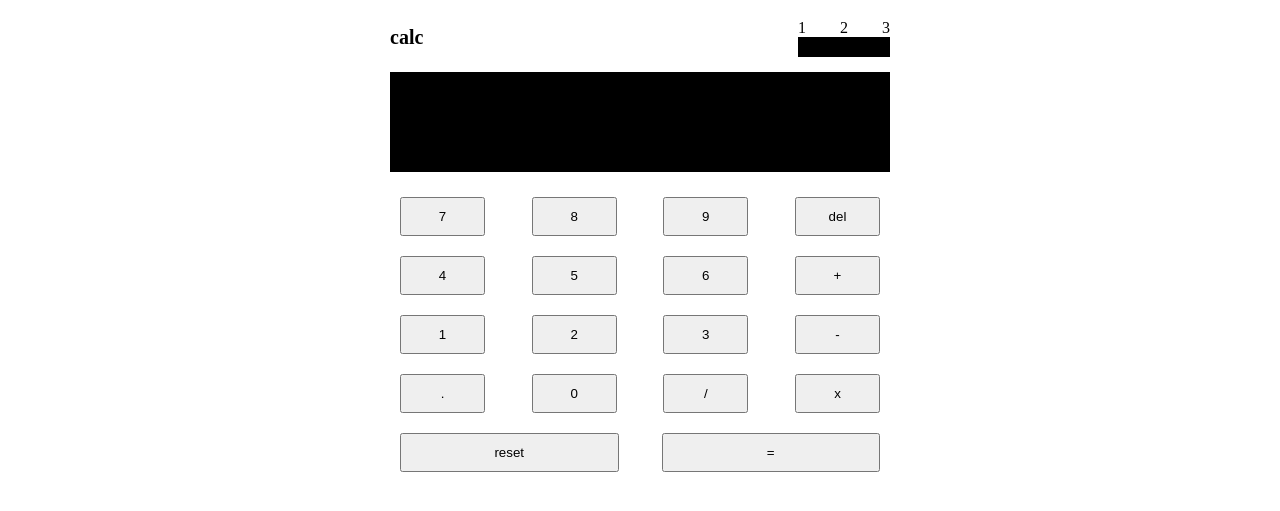
Repository: Eugene44-hub/basic-calculator
Page: index.html
An editor plug-in stored every save of this project. The page is shown before and after the next save, followed by the edit.
The browser window is 1280 px wide. The pictures show the whole page.

Above is the page before, as saved 2021-10-02 02:30:06.
Console error: SyntaxError: Unexpected end of input

### index.html
<!DOCTYPE html>
<html lang="en">

<head>
    <link rel="stylesheet" href="style.css">
    <meta charset="UTF-8">
    <meta http-equiv="X-UA-Compatible" content="IE=edge">
    <meta name="viewport" content="width=device-width, initial-scale=1.0">
    <title>Document</title>
</head>

<body>
    <div class="cal-container">

        <div class="theme">
            <h2>calc
            </h2>
            <div class="theme-number">
                <div class="number-toggle">
                    <span id="one">1</span>
                    <span id="two">2</span>
                    <span id="three">3</span>

                    <div class="toggle">
                        <div class="bar"></div>
                        <p>theme</p>
                    </div>
                </div>
            </div>
        </div>
        <div class="output">

        </div>
        <div class="buttons">
            <button id="number-button">7</button>
            <button id="number-button">8</button>
            <button id="number-button">9</button>
            <button id="del-button">del</button>
            <button id="number-button">4</button>
            <button id="number-button">5</button>
            <button id="number-button">6</button>
            <button id="addition-button">+</button>
            <button id="number-button">1</button>
            <button id="number-button">2</button>
            <button id="number-button">3</button>
            <button id="minus-button">-</button>
            <button id="dot-button">.</button>
            <button id="number-button">0</button>
            <button id="division-button">/</button>
            <button id="multiply-button">x</button>
            <button id="reset-button">reset</button>
            <button id="equals-button">=</button>
        </div>
    </div>

    <script src="app.js"></script>
</body>

</html>

### style.css
* {
    padding: 0;
    margin: 0;
    box-sizing: border-box;
}

body {
    display: flex;
    height: 500px;
}

.theme {
    display: flex;
    flex-wrap: wrap;
}

.toggle {
    background-color: black;
    height: 20px;
}

h2 {
    flex: 50%;
    align-self: center;
    font-size: 20px;
}

.theme-number {
    flex: 50%;
}

.number-toggle {
    float: right;
    word-spacing: 30px;
    flex-wrap: wrap;
}

span {
    flex: 30%;
}

.cal-container {
    margin: auto;
    width: 500px;
}

.buttons {
    display: flex;
    flex-wrap: wrap;
    justify-content: space-between;
}

button {
    flex-basis: 17%;
    padding: 10px;
    margin: 10px;
}

#reset-button,
#equals-button {
    flex-basis: 43.7%
}

.output {
    height: 100px;
    background-color: black;
    margin: 15px 0
}

Loaded but not shown: app.js (common file)

After the next save:
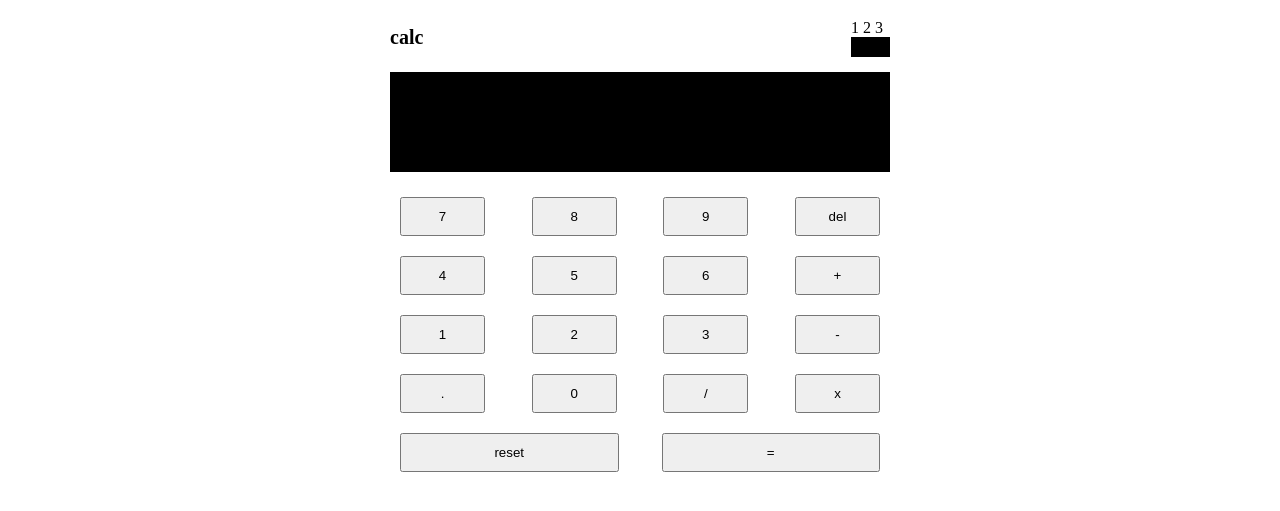
Saved 13 s later.
--- a/style.css
+++ b/style.css
@@ -31,7 +31,6 @@ h2 {
 
 .number-toggle {
     float: right;
-    word-spacing: 30px;
     flex-wrap: wrap;
 }
 
